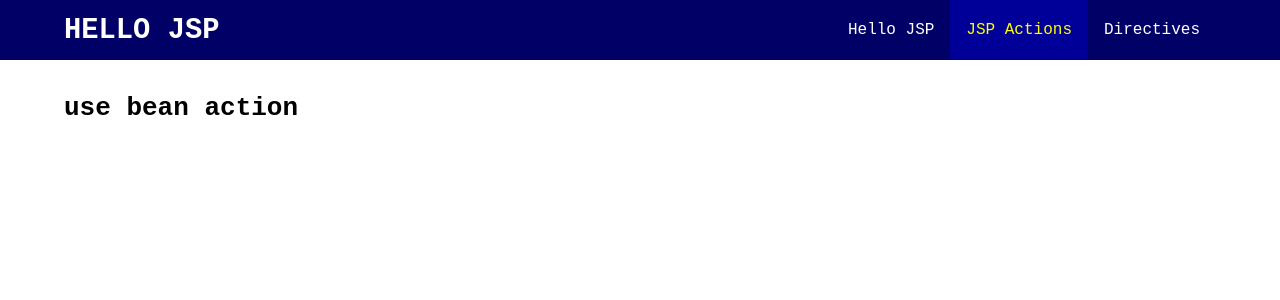
Repository: aungmyattthu/javaWeb
Page: http://localhost/HelloJsp/usebean.jsp
These files come from the project's save history. The page is drawn as it stood at one moment and after the next save; the edit follows.
The browser window is 1280 px wide. The pictures show the whole page.
The page is served by Tomcat 9. Other server files are loaded and not shown.

Above is the page before, as saved 2023-04-22 12:23:13.

### HelloJsp/src/main/webapp/usebean.jsp
<%@ page language="java" contentType="text/html; charset=UTF-8"
    pageEncoding="UTF-8"%>
<!DOCTYPE html>
<html>
<head>
<meta charset="UTF-8">
<title>Insert title here</title>
<link rel="stylesheet" href="resources/style.css" />
</head>
<body>
	<jsp:include page="resources/nav-bar.jsp">
		<jsp:param value="actions" name="page"/>
		</jsp:include>
		<main>
		<h1>use bean action</h1>
		</main>
</body>
</html>

### HelloJsp/src/main/webapp/resources/nav-bar.jsp
<%@ page language="java" contentType="text/html; charset=UTF-8"
	pageEncoding="UTF-8"%>
<header>
	<span class="brand">Hello Jsp</span>
	<nav>
		<%
	String pageId = request.getParameter("page");
	if ("hello".equals(pageId)) {
	%>
		<a class="active" href="index.jsp">Hello JSP</a> <a href="actions.jsp">JSP Actions</a> <a
			href="directives.jsp">Directives</a>
		<%
	} else if ("actions".equals(pageId)) {
	%>
		<a href="index.jsp">Hello JSP</a> <a class="active" href="actions.jsp">JSP Actions</a> <a
			href="directives.jsp">Directives</a>
		<%
	} else if ("directives".equals(pageId)) {
	%>
		<a href="index.jsp">Hello JSP</a> <a href="actions.jsp">JSP Actions</a> <a
			class="active" href="directives.jsp">Directives</a>
		<%
	}
	%>


	</nav>
</header>

### HelloJsp/src/main/webapp/resources/style.css
@charset "UTF-8";

body {
	min-height: 100vh;
	display: grid;
	grid-template-rows: 60px 1fr;
	margin: 0;
	font-family: monospace;
}

header {
	background-color: hsl(240deg 100% 20%);
	color: white;
	display: flex;
	justify-content: space-between;
	padding-left: 4rem;
	padding-right: 4rem;
}

header>.brand {
	font-size: 1.8rem;
	text-transform: uppercase;
	font-weight: 800;
	display: flex;
	align-items: center;
}
header>nav{
	display: flex;
}
header>nav>a{
	display:flex;
	align-items:center;
	padding-left:1rem;
	padding-right:1rem;
	text-decoration: none;
	color:white;
	font-size:1rem;
}
header>nav>a.active{
	background-color: hsl(240deg 100% 30%);
	color:yellow;
}


main{
	padding: 1rem 4rem;
}
section{
	background-color: skyblue;
	padding:1rem;
	border-radius: 0.4rem;
	margin-bottom: 1rem;
}
h3{
	margin-top: 0;
}
form{
	display: grid;
	grid-template-columns: 360px;
	grid-gap:0.4rem;
}
form>input{
	background-color: transparent;
	border:1px solid purple;
	border-radius: 4px;
	padding:4px;
	align-items: center;
}
form>label{
	display:flex;
	align-items: center;

}
button{

	padding:0.4rem 1rem;
	background-color: purple;
	color:white;
	border:none;
	box-shadow: 2px 2px 4px gray;
	border-radius: 4px;
}
button:hover{
	background-color: blue;
}

### HelloJsp/src/main/java/com/jdc/hello/User.java
package com.jdc.hello;

public class User {
	private String name;
	private String phone;
	private String email;

	public String getName() {
		return name;
	}

	public void setName(String name) {
		this.name = name;
	}

	public String getPhone() {
		return phone;
	}

	public void setPhone(String phone) {
		this.phone = phone;
	}

	public String getEmail() {
		return email;
	}

	public void setEmail(String email) {
		this.email = email;
	}

}

After the next save:
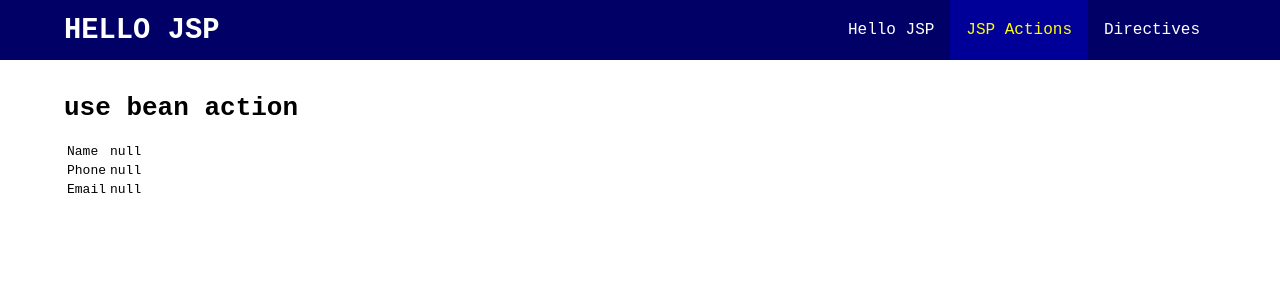
Saved 40 min 30 s later.
--- a/HelloJsp/src/main/webapp/usebean.jsp
+++ b/HelloJsp/src/main/webapp/usebean.jsp
@@ -13,6 +13,30 @@
 		</jsp:include>
 		<main>
 		<h1>use bean action</h1>
+		<jsp:useBean id="user" scope="page" class="com.jdc.hello.User"></jsp:useBean>
+		<jsp:setProperty property="name" name="user"/>
+		<jsp:setProperty property="phone" name="user"/>
+		<jsp:setProperty property="email" name="user"/>
+		<table>
+			<tr>
+				<td>Name</td>
+				<td>
+					<jsp:getProperty property="name" name="user"/>
+				</td>
+
+			</tr>
+			<tr>
+				<td>Phone</td>
+				<td><jsp:getProperty property="phone" name="user"/></td>
+
+			</tr>
+			<tr>
+				<td>Email</td>
+				<td><jsp:getProperty property="email" name="user"/></td>
+
+			</tr>
+		</table>
+
 		</main>
 </body>
 </html>
